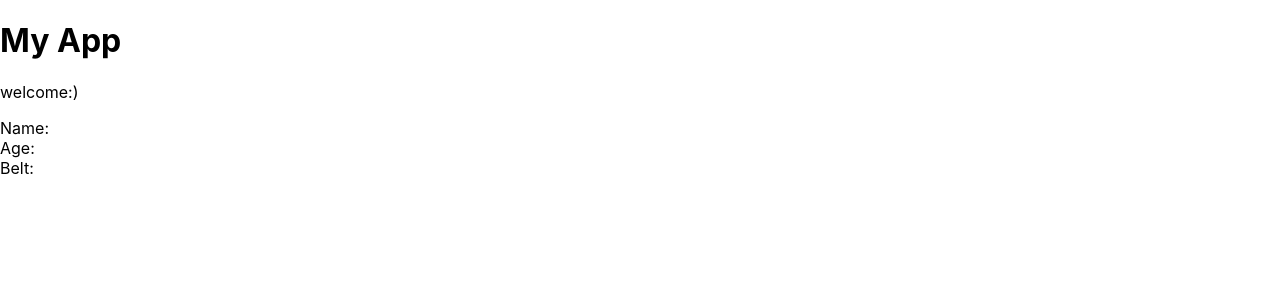
Repository: ejazsidhu/reactJSPrecticeNinja
Page: /
These files come from the project's save history. The page is drawn as it stood at one moment and after a run of saves; the edit follows.
The browser window is 1280 px wide. The pictures show the whole page.
The project was rebuilt for these pictures with package versions that can differ from the ones it lists, and the page was loaded fresh each time.

Above is the page before, as saved 2020-04-10 18:33:28.

After the next 4 saves:
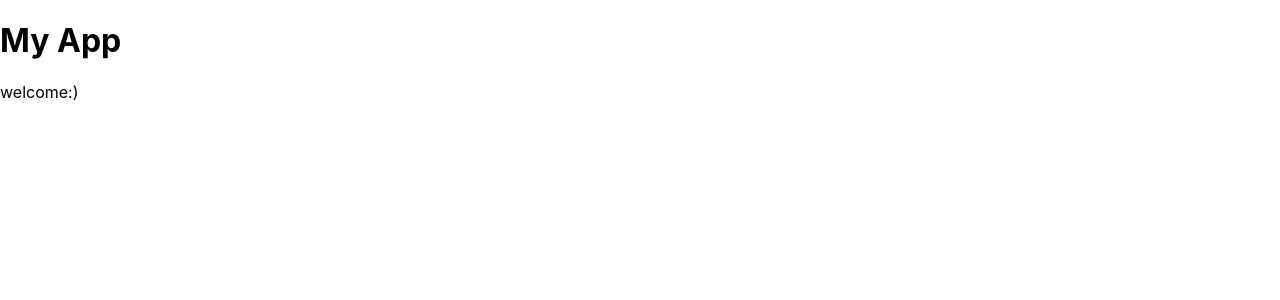
The 4 saves are shown as one change because 3 did not build or start.
The last was saved 12 min 4 s later.
--- a/src/ninjas.js
+++ b/src/ninjas.js
@@ -3,14 +3,14 @@ import React ,{Component} from 'react';
 export default class Ninjas extends Component{
     render(){
         // console.time('timer')
-        console.log(this.props);
+        console.log(this.props.ninjas);
         // console.timeEnd('timer')
-        const {name,age,belt}=this.props;
+        const {ninjas}=this.props.ninjas;
         return (
         <div className="Ninjas">
-            <div>Name: {name}</div>
+            {/* <div>Name: {name}</div>
             <div>Age: {age}</div>
-            <div>Belt:  {belt}</div>
+            <div>Belt:  {belt}</div> */}
 
         </div>
         )
